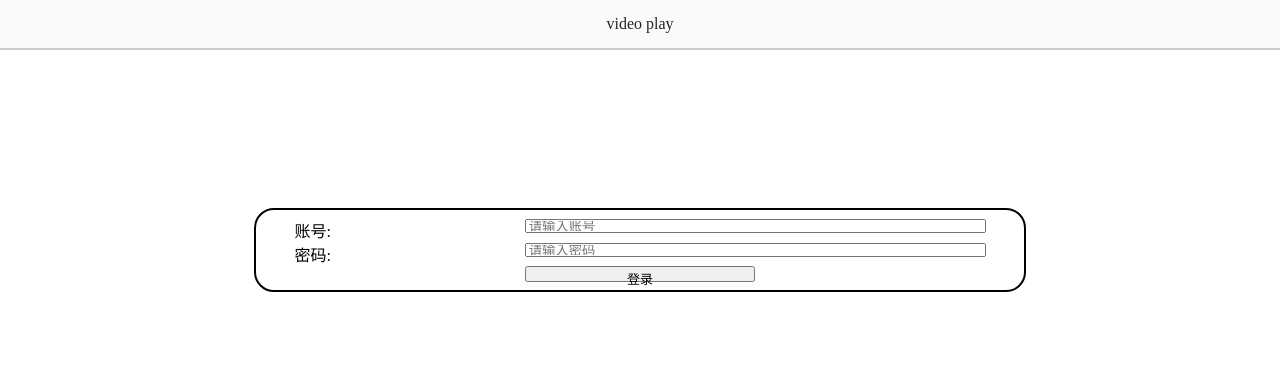
Repository: andycj7/-
Page: web/videoplay/index.html
The author's editor kept a copy of each file at every save. The page is drawn from the files as they stood at one save, then again after the next save.
The browser window is 1280 px wide. The pictures show the whole page.

Above is the page before, as saved 2020-07-20 01:15:23.

### web/videoplay/index.html
<html>

<head>
<meta charset="utf-8">
<meta name="viewport"
	content="initial-scale=1, maximum-scale=1, user-scalable=no, width=device-width">
<title>VideoPlay</title>
<link rel="stylesheet" href="css/base.css">
</head>

<body>
	<div class="title">video play</div>
	<div class="line"></div>
	<div class="body">
		<div id="divParentLogin" class="div-parent-login">
			<div class="div-child-login">
				<label class="label-login">账号:</label> <input id="inputUserName"
					class="input-login" type="text" placeholder="请输入账号"></input>
			</div>
			<div class="div-child-login">
				<label class="label-login">密码:</label> <input id="inputPassWord"
					class="input-login" type="password" placeholder="请输入密码"></input>
			</div>
			<div class="div-child-login">
				<button class="button-login" onclick="on_login()">登录</button>
			</div>
		</div>

		<div id="divParentPlay" class="div-parent-play">
			<div class="div-child-video">
				<video id="videoPlay" class="video-play" preload="auto">
					<source src="./res/video/2.mp4" type="video/mp4">
				</video>
			</div>
			<div class="div-child-control">
				<button class="button-play-1" onclick="on_play()">开始播放</button>
				<button class="button-play-1" onclick="on_pause()">暂停播放</button>
				<button class="button-play-1" onclick="on_finish()">结束播放</button>
			</div>
			<div class="div-child-control">
				<button class="button-play-2" onclick="on_set_mute(true)">静音</button>
				<button class="button-play-2" onclick="on_set_mute(false)">取消静音</button>
				<button class="button-play-2" onclick="on_set_volume(true)">音量+</button>
				<button class="button-play-2" onclick="on_set_volume(false)">音量-</button>
			</div>
		</div>
	</div>
</body>
<script src="js/index.js"></script>
</html>

### web/videoplay/css/base.css
@charset "UTF-8";

body {
	margin: 0;
}

.title {
	height: 48px;
	font-size: 16px;
	line-height: 48px;
	text-align: center;
	color: rgba(0, 0, 0, .85);
	background-color: #fafafa;
}

.line {
	width: 100%;
	height: 2px;
	background-color: rgb(204, 204, 204);
}

.body {
	display: flex;
	flex-direction: column;
	justify-content: center;
	align-items: center;
	height: 400px;
}

.div-parent-login {
	display: flex;
	flex-direction: column;
	justify-content: center;
	align-items: center;
	border: 2px solid #000;
	border-radius: 20px;
	height: 20%;
	width: 60%;
}

.div-child-login {
	display: flex;
	flex-direction: row;
	justify-content: space-around;
	align-items: center;
	height: 30%;
	width: 100%;
}

.div-space {
	height: 0%;
	width: 100%;
}

.button-login {
	height: 70%;
	width: 30%;
	font-size: 13px;
}

.label-login {
	height: 70%;
	width: 20%;
}

.input-login {
	height: 60%;
	width: 60%;
}

.div-parent-play {
	display: flex;
	flex-direction: column;
	justify-content: center;
	align-items: center;
	height: 60%;
	width: 100%;
	display: none;
}

.div-child-video {
	height: 60%;
	width: 100%;
}

.div-child-control {
	display: flex;
	flex-direction: row;
	justify-content: space-around;
	align-items: center;
	height: 20%;
	width: 100%;
}

.button-play-1 {
	height: 70%;
	width: 30%;
	font-size: 16px;
}

.button-play-2 {
	height: 70%;
	width: 22%;
	font-size: 15px;
}

.video-play {
	height: 100%;
	width: 100%;
}

### web/videoplay/js/index.js
/**
 *
 */

const on_login = ()=>{

	let usrName = document.getElementById("inputUserName").value;
	let passWord = document.getElementById("inputPassWord").value;
	if(usrName == "张三" && passWord == "123"){
		document.getElementById("divParentLogin").style.display = "none";
		document.getElementById("divParentPlay").style.display = "block";
	}
	else{
		alert("登录名或密码错误！！！");
	}
};

const on_play = () => {

	document.getElementById("videoPlay").play();
}

const on_pause = () => {

	document.getElementById("videoPlay").pause();
}

const on_set_mute = (flag) => {

	document.getElementById("videoPlay").muted = flag;
};

const on_set_volume = (flag) => {
	var video = document.getElementById("videoPlay");
	console.log(video.volume+"\n");
	if(flag == true){
		if(video.volume <= 0.9)
			video.volume += Number(0.1);
	}
	else if(flag == false){
		if(video.volume >= 0.1)
			video.volume -= Number(0.1);
	}
}

const on_finish = ()=> {
	document.getElementById("videoPlay").load();
}

After the next save:
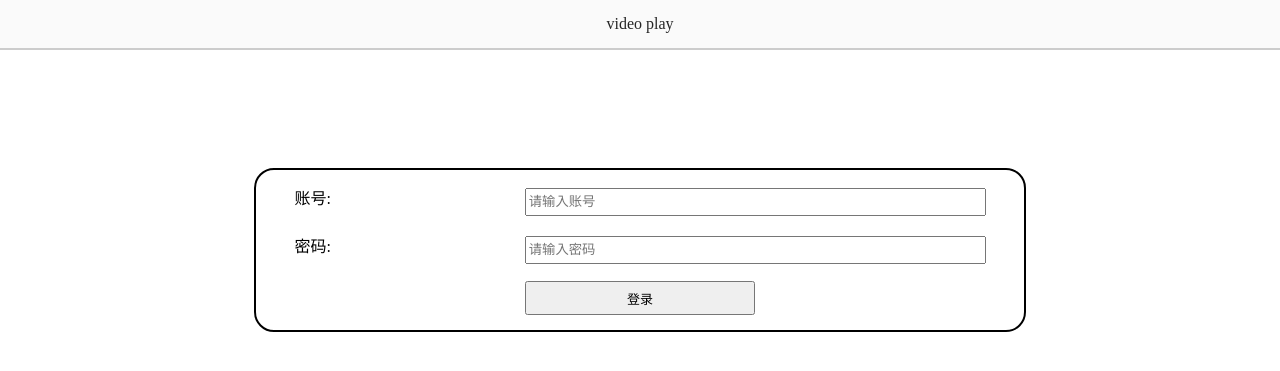
Saved 11 s later.
--- a/web/videoplay/css/base.css
+++ b/web/videoplay/css/base.css
@@ -34,7 +34,7 @@ body {
 	align-items: center;
 	border: 2px solid #000;
 	border-radius: 20px;
-	height: 20%;
+	height: 40%;
 	width: 60%;
 }
 
